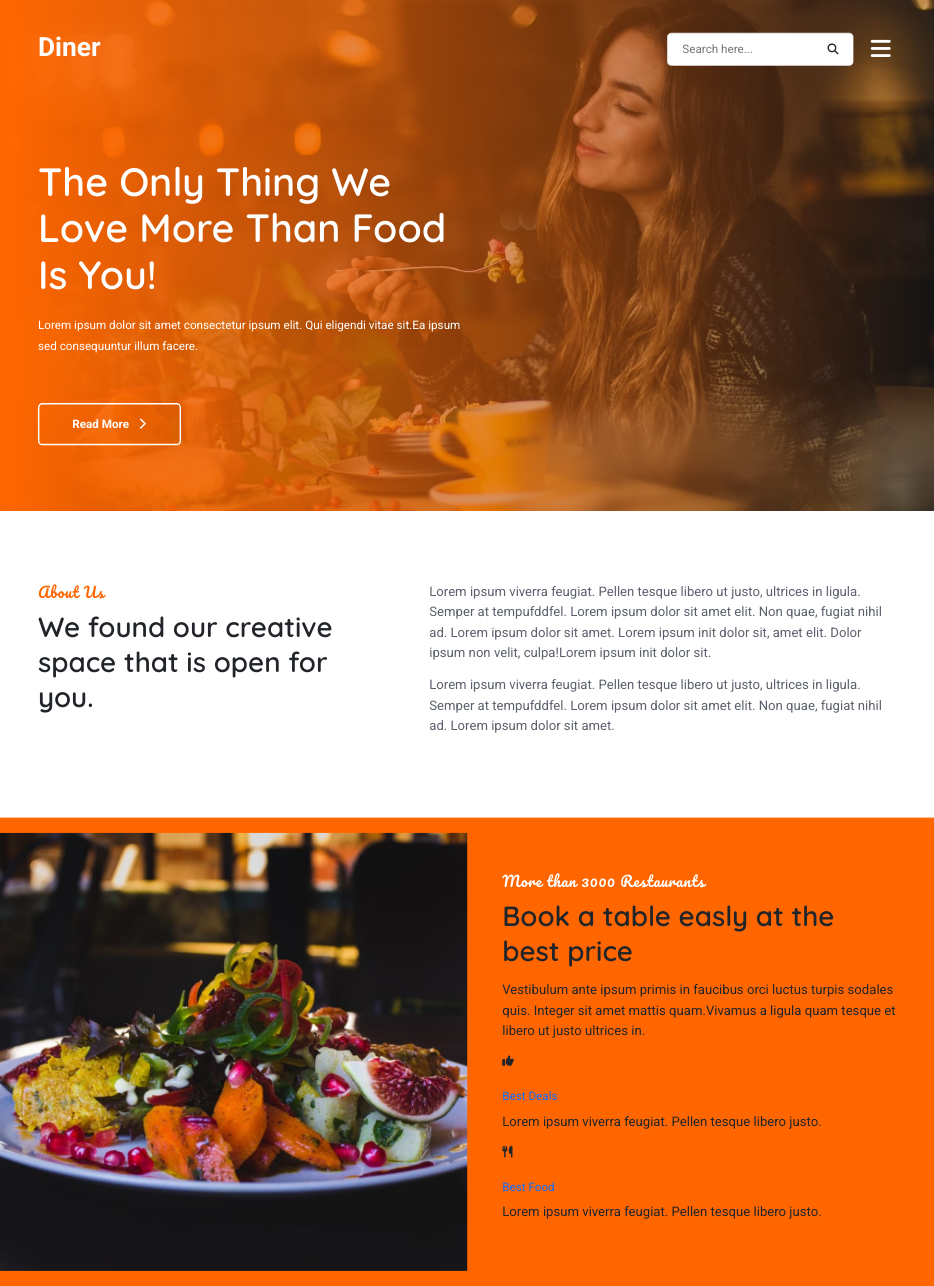
Repository: minhtrivu6199/Diner
Page: index.html
These files come from the project's save history. The page is drawn as it stood at one moment and after the next save; the edit follows.
The browser window is 1280 px wide. The pictures show the whole page, at 73% of full size.
Backgrounds fixed to the window are drawn as part of the page. The style sheet was rebuilt from its Sass, Less or Tailwind sources for each picture, by a compiler version that may differ from the author's.

Above is the page before, as saved 2022-10-10 15:55:57.

After the next save:
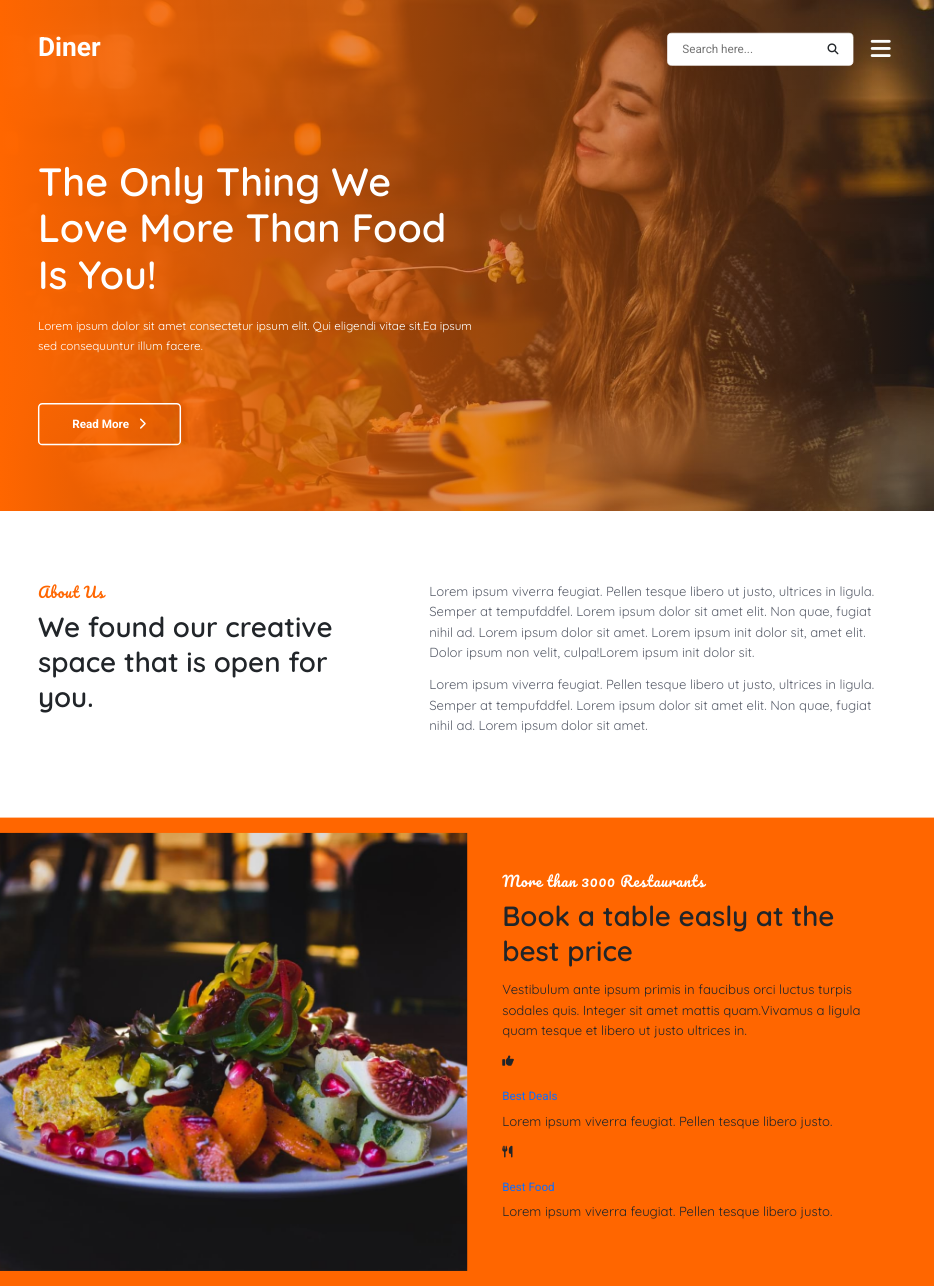
Saved 19 s later.
--- a/scss/base/_variables.scss
+++ b/scss/base/_variables.scss
@@ -59,4 +59,5 @@ a {
 p {
     font-size: 18px;
     line-height: 28px;
+    font-family: 'Quicksand', sans-serif;
 }
